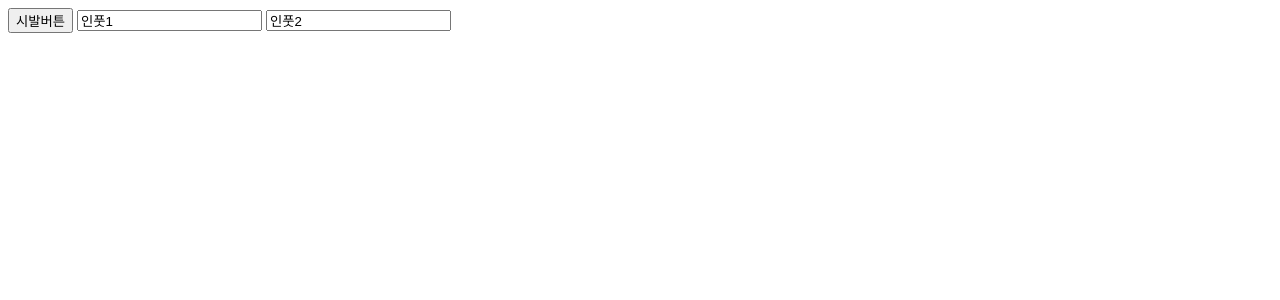
Repository: bum12ark/funding-throgh-blockchain
Page: http://localhost/spring_ftbc/KakaoTest/formTest.jsp
These files come from the project's save history. The page is drawn as it stood at one moment and after the next save; the edit follows.
The browser window is 1280 px wide. The pictures show the whole page.
After loading, the first visible `button` was clicked once.
The page is served by Tomcat 9. Nobody is signed in. The application's start-up code is not run. Other server files are loaded and not shown.

Above is the page before, as saved 2019-10-29 13:18:10.

### workspace_ftbc_spring/spring_ftbc/src/main/webapp/KakaoTest/formTest.jsp
<%@ page language="java" contentType="text/html; charset=UTF-8"
    pageEncoding="UTF-8"%>
<!DOCTYPE html>
<html>
<head>
<meta charset="UTF-8">
<title>Insert title here</title>
</head>
<body>
	<script type="text/javascript">
		function formTest() {
			console.log("function=>formTest 호출");
			var obj = document.getElementById("div_t");
			var newForm = document.createElement("form");
			var input = document.createElement("input");
			input.setAttribute("type", "text");
			input.setAttribute("value", "허허시발");
			newForm.setAttribute("id", "fuckForm");
			obj.appendChild(newForm);
		}
	</script>
	<div id="div_t">
		<button onclick="formTest()" value="시바알">시발버튼</button>
		<input type="text" value="인풋1">
		<input type="text" value="인풋2">
	</div>
</body>
</html>

After the next save:
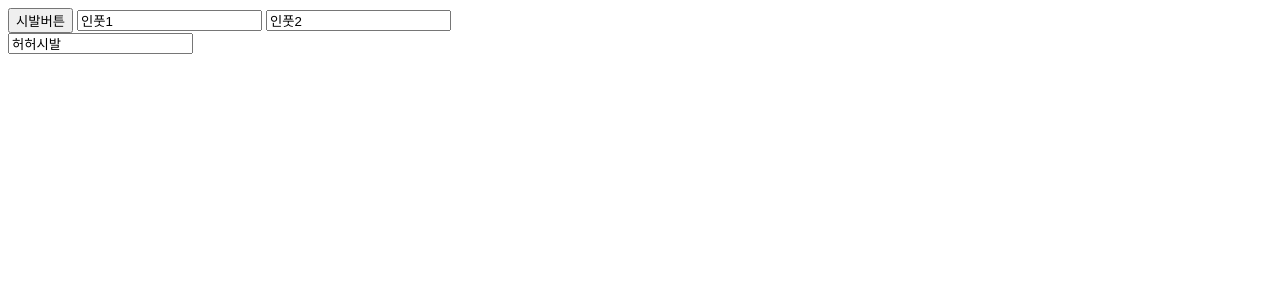
Saved 17 s later.
--- a/workspace_ftbc_spring/spring_ftbc/src/main/webapp/KakaoTest/formTest.jsp
+++ b/workspace_ftbc_spring/spring_ftbc/src/main/webapp/KakaoTest/formTest.jsp
@@ -12,10 +12,11 @@
 			console.log("function=>formTest 호출");
 			var obj = document.getElementById("div_t");
 			var newForm = document.createElement("form");
+			newForm.setAttribute("id", "fuckForm");
 			var input = document.createElement("input");
 			input.setAttribute("type", "text");
 			input.setAttribute("value", "허허시발");
-			newForm.setAttribute("id", "fuckForm");
+			newForm.appendChild(input);
 			obj.appendChild(newForm);
 		}
 	</script>
